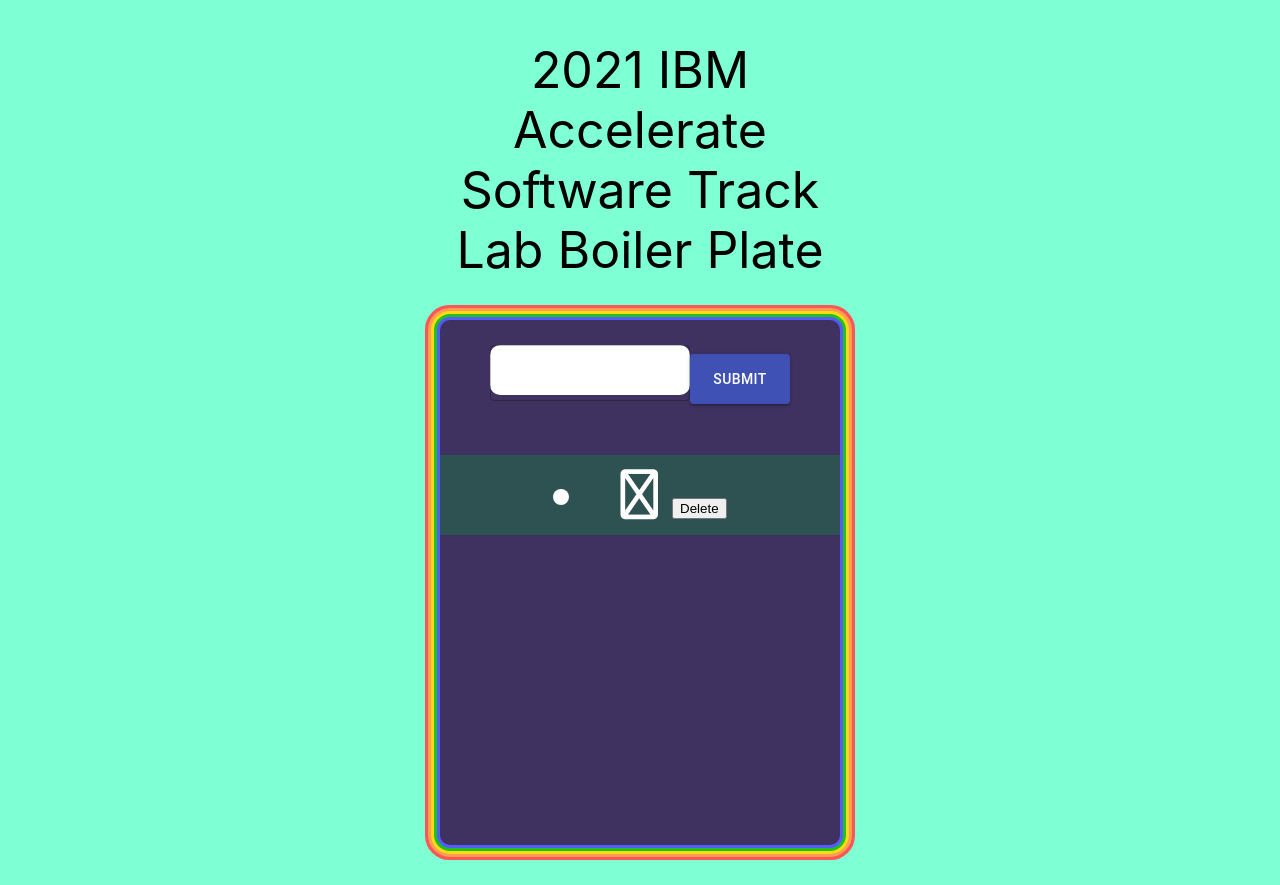
Repository: 2021-IBM-Accelerate-SW-Track/lab-1-team-34
Page: /
The author's editor kept a copy of each file at every save. The page is drawn from the files as they stood at one save, then again after the next save.
The browser window is 1280 px wide. The pictures show the whole page.
Some web libraries are served in a nearby version. The project was rebuilt for these pictures with package versions that can differ from the ones it lists, and the page was loaded fresh each time.

Above is the page before, as saved 2021-06-15 21:11:50.

After the next save:
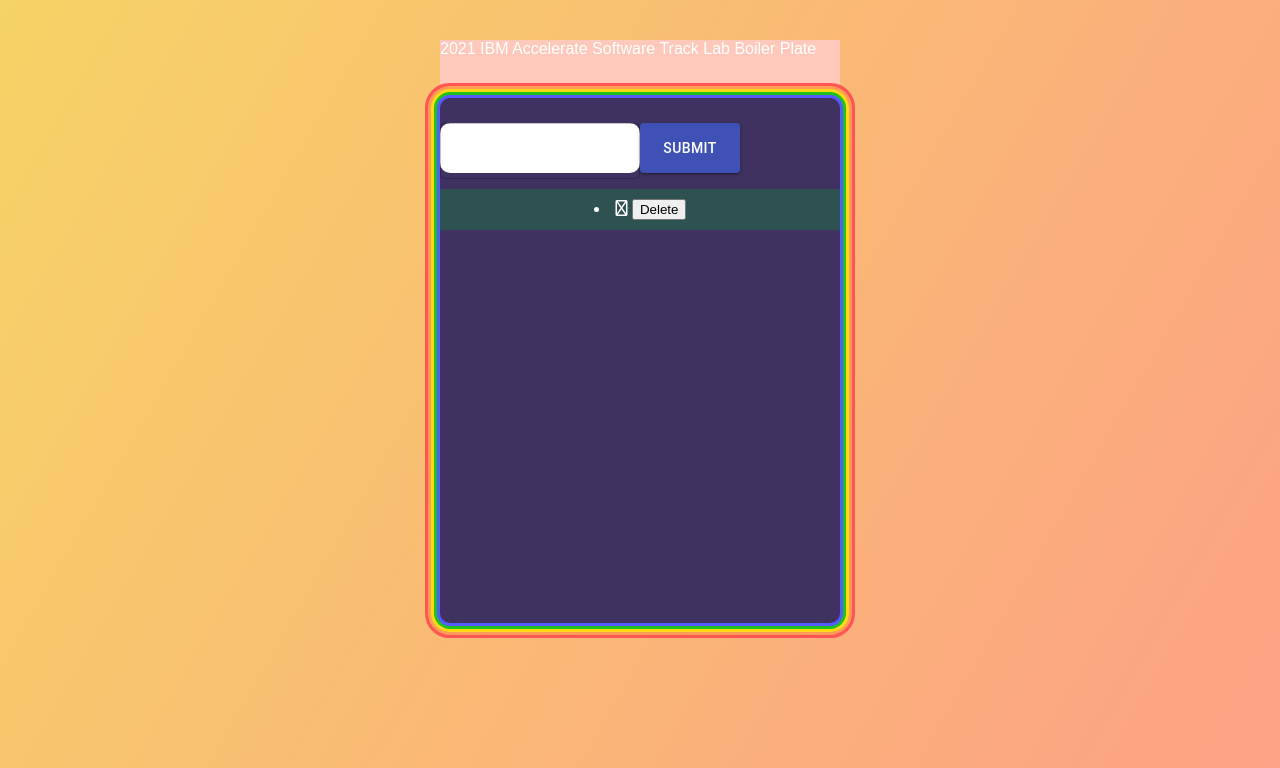
Saved 55 s later.
--- a/src/App.css
+++ b/src/App.css
@@ -1,22 +1,139 @@
-.App {
-  text-align: center;
-  background: aquamarine;
-  font-size: 50px;
+=* {
+  margin: 0;
+  padding: 0;
+  box-sizing: border-box;
+}
+body {
+  background-image: linear-gradient(120deg, #f6d365 0%, #fda085 100%);
+  color: white;
+  font-family: "Poppins", sans-serif;
+  min-height: 100vh;
+}
+header {
+  font-size: 2rem;
 }
 
-body {
-  margin: 0;
-  font-family: -apple-system, BlinkMacSystemFont, "Segoe UI", "Roboto", "Oxygen",
-    "Ubuntu", "Cantarell", "Fira Sans", "Droid Sans", "Helvetica Neue",
-    sans-serif;
-  -webkit-font-smoothing: antialiased;
-  -moz-osx-font-smoothing: grayscale;
+header,
+form {
+  min-height: 20vh;
+  display: flex;
+  justify-content: center;
+  align-items: center;
+}
+form input,
+form button {
+  padding: 0.5rem;
+  font-size: 2rem;
+  border: none;
+  background: white;
+}
+form button {
+  color: #ff6f47;
+  background: #f7fffe;
+  cursor: pointer;
+  transition: all 0.3s ease;
+}
+form button:hover {
+  background: #ff6f47;
+  color: white;
+}
+.todo-container {
+  display: flex;
+  justify-content: center;
+  align-items: center;
 }
 
-code {
-  font-family: source-code-pro, Menlo, Monaco, Consolas, "Courier New",
-    monospace;
+.todo-list {
+  min-width: 30%;
+  list-style: none;
 }
-html {
-  background: aquamarine;
+
+.todo {
+  margin: 0.5rem;
+  background: white;
+  font-size: 1.5rem;
+  color: black;
+  display: flex;
+  justify-content: space-between;
+  align-items: center;
+  transition: all 1s ease;
 }
+.filter-todo {
+  padding: 1rem;
+}
+.todo li {
+  flex: 1;
+}
+
+.trash-btn,
+.complete-btn {
+  background: #ff6f47;
+  color: white;
+  border: none;
+  padding: 1rem;
+  cursor: pointer;
+  font-size: 1rem;
+}
+.complete-btn {
+  background: rgb(11, 212, 162);
+}
+.todo-item {
+  padding: 0rem 0.5rem;
+}
+
+.fa-trash,
+.fa-check {
+  pointer-events: none;
+}
+
+.fall {
+  transform: translateY(10rem) rotateZ(20deg);
+  opacity: 0;
+}
+
+.completed {
+  text-decoration: line-through;
+  opacity: 0.5;
+}
+
+/*CUSTOM SELECTOR */
+select {
+  -webkit-appearance: none;
+  -moz-appearance: none;
+  -ms-appearance: none;
+  appearance: none;
+  outline: 0;
+  box-shadow: none;
+  border: 0 !important;
+  background-image: none;
+}
+
+/* Custom Select */
+.select {
+  margin: 1rem;
+  position: relative;
+  overflow: hidden;
+}
+select {
+  color: #ff6f47;
+  font-family: "Poppins", sans-serif;
+  cursor: pointer;
+  width: 12rem;
+}
+/* Arrow */
+.select::after {
+  content: "\25BC";
+  position: absolute;
+  top: 0;
+  right: 0;
+  padding: 1rem;
+  background: #ff6f47;
+  cursor: pointer;
+  pointer-events: none;
+}
+/* Transition */
+/*
+.select:hover::after {
+  transform: scale(1.5);
+}
+*/
